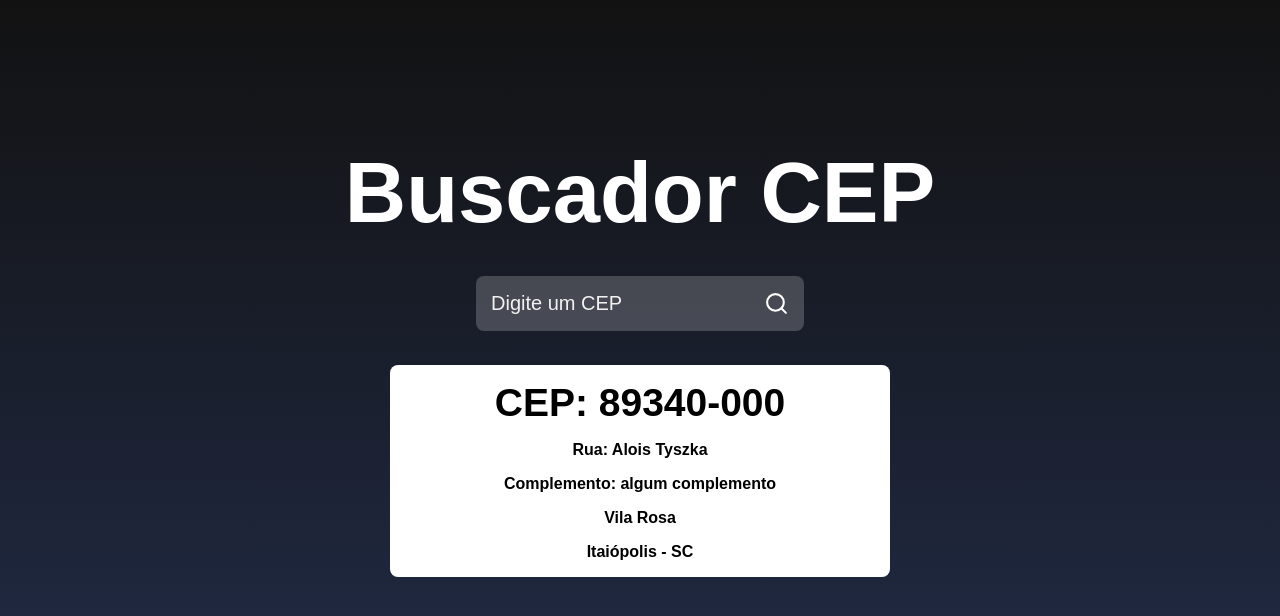
Repository: WelyntonRenan/buscador-cep
Page: / (app in buscador/)
An editor plug-in stored every save of this project. The page is shown before and after the next save, followed by the edit.
The browser window is 1280 px wide. The pictures show the whole page.
The project was rebuilt for these pictures with package versions that can differ from the ones it lists, and the page was loaded fresh each time.

Above is the page before, as saved 2022-11-13 23:58:22.

### buscador/public/index.html
<!DOCTYPE html>
<html lang="en">

<head>
  <meta charset="utf-8" />
  <link rel="icon" href="%PUBLIC_URL%/favicon.ico" />
  <meta name="viewport" content="width=device-width, initial-scale=1" />
  <meta name="theme-color" content="#000000" />
  <meta name="description" content="Web site created using create-react-app" />
  <link rel="apple-touch-icon" href="%PUBLIC_URL%/logo192.png" />
  <!--
      manifest.json provides metadata used when your web app is installed on a
      user's mobile device or desktop. See https://developers.google.com/web/fundamentals/web-app-manifest/
    -->
  <link rel="manifest" href="%PUBLIC_URL%/manifest.json" />
  <!--
      Notice the use of %PUBLIC_URL% in the tags above.
      It will be replaced with the URL of the `public` folder during the build.
      Only files inside the `public` folder can be referenced from the HTML.

      Unlike "/favicon.ico" or "favicon.ico", "%PUBLIC_URL%/favicon.ico" will
      work correctly both with client-side routing and a non-root public URL.
      Learn how to configure a non-root public URL by running `npm run build`.
    -->
  <title>Buscador</title>
</head>

<body>
  <noscript>You need to enable JavaScript to run this app.</noscript>
  <div id="root"></div>
  <!--
      This HTML file is a template.
      If you open it directly in the browser, you will see an empty page.

      You can add webfonts, meta tags, or analytics to this file.
      The build step will place the bundled scripts into the <body> tag.

      To begin the development, run `npm start` or `yarn start`.
      To create a production bundle, use `npm run build` or `yarn build`.
    -->
</body>

</html>

### buscador/src/App.js
import React from 'react';
import { FiSearch } from 'react-icons/fi';
import './styles.css';

function App() {
  return (
    <div className="container">
      <h1 className="title">Buscador CEP</h1>

      <div className="containerInput">
        <input
          type="text"
          placeholder="Digite um CEP"
        />

        <button className="buttonSearch">
          <FiSearch size={25} color="#FFF" />
        </button>
      </div>

      <main className='main'>

        <h2>CEP: 89340-000</h2>

        <span>Rua: Alois Tyszka</span>
        <span>Complemento: algum complemento</span>
        <span>Vila Rosa</span>
        <span>Itaiópolis - SC</span>

      </main>

    </div>
  );
}

export default App;

### buscador/src/styles.css
.container {
  height: 100vh;
  display: flex;
  justify-content: center;
  align-items: center;
  flex-direction: column;
  background: linear-gradient(#121212, #212B46);
}

.title {
  font-size: 85px;
  color: #FFF;
  animation: flipTitle 2s;
}

@keyframes flipTitle {
  from {
    transform: rotateX(90deg);
  }

  to {
    transform: rotateX(0deg);
  }
}

.containerInput {
  background-color: rgba(255, 255, 255, 0.2);
  padding: 15px;
  margin: 34px 0;
  display: flex;
  border-radius: 8px;
  box-shadow: 1px, 3px, 8px rgba(0, 0, 0, 0.5);
}

.containerInput input {
  background-color: transparent;
  border: 0;
  font-size: 20px;
  color: #FFF;
  outline: none;
  margin-right: 8px;
}

.containerInput input::placeholder {
  color: #f1f1f1;
}

.buttonSearch {
  background-color: transparent;
  border: 0;
  display: flex;
  justify-content: center;
  align-items: center;
  cursor: pointer;
  transition: transform 0.5s;
}

.buttonSearch:hover {
  transform: scale(1.2);
}

.main {
  display: flex;
  justify-content: center;
  align-items: center;
  flex-direction: column;
  background-color: #fff;
  width: 500px;
  border-radius: 8px;
}

.main h2 {
  margin: 16px 0;
  font-size: 39px;
}

.main span {
  margin-bottom: 16px;
  font-weight: bold;
}

@media (max-width: 620px) {
  .title {
    font-size: 60px;
  }

  .main h2 {
    font-size: 28px;
  }

  .main {
    width: 80%;
    min-height: 250px;
  }
}

Loaded but not shown: buscador/src/index.js (common file); buscador/src/index.css (common file)

After the next save:
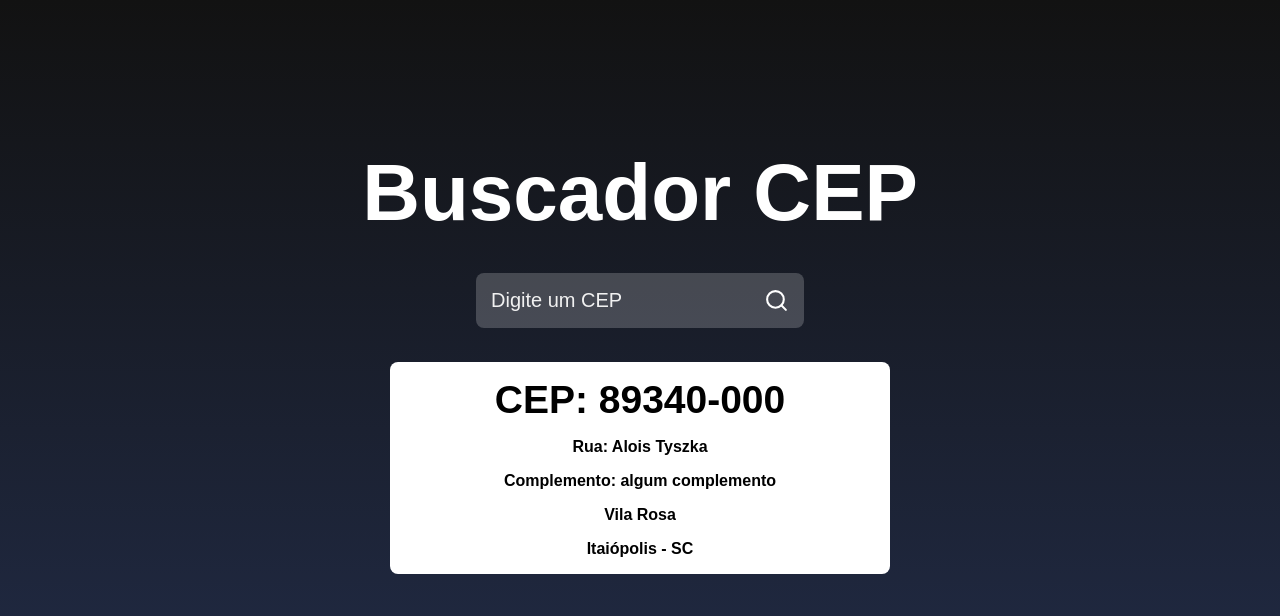
Saved 17 s later.
--- a/buscador/src/styles.css
+++ b/buscador/src/styles.css
@@ -8,7 +8,7 @@
 }
 
 .title {
-  font-size: 85px;
+  font-size: 80px;
   color: #FFF;
   animation: flipTitle 2s;
 }
